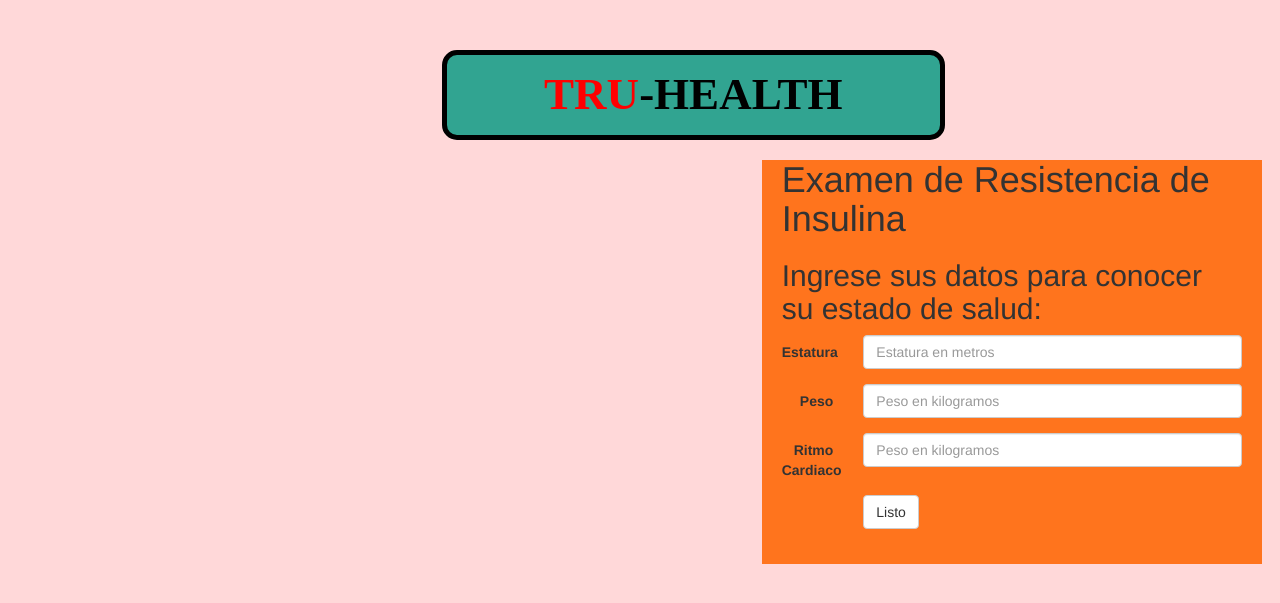
Repository: GabrielAvilesR/GabrielAvilesR.github.io
Page: Tru-Health/Tru-Health/index.html
These files come from the project's save history. The page is drawn as it stood at one moment and after the next save; the edit follows.
The browser window is 1280 px wide. The pictures show the whole page.
Some web fonts or font styles are not loaded; a fallback is used. Some web libraries are served in a nearby version.

Above is the page before, as saved 2014-04-05 20:39:54.

### Tru-Health/Tru-Health/index.html
<!DOCTYPE html>
<html lang="en">
  <head>
    <meta charset="utf-8">
    <meta http-equiv="X-UA-Compatible" content="IE=edge">
    <meta name="viewport" content="width=device-width, initial-scale=1">
    <title>Tru-Health</title>

    <!-- Bootstrap -->
    <link href="css/bootstrap.min.css" rel="stylesheet">
	<link href="css/micss.css" rel="stylesheet">
	<link href='http://fonts.googleapis.com/css?family=Sonsie+One' rel='stylesheet' type='text/css'>
    <!-- HTML5 Shim and Respond.js IE8 support of HTML5 elements and media queries -->
    <!-- WARNING: Respond.js doesn't work if you view the page via file:// -->
    <!--[if lt IE 9]>
      <script src="https://oss.maxcdn.com/libs/html5shiv/3.7.0/html5shiv.js"></script>
      <script src="https://oss.maxcdn.com/libs/respond.js/1.4.2/respond.min.js"></script>
    <![endif]-->
  </head>
  <body>
    <div class="container-fluid">
    	<div class="row">
    		<div class="col-md-5 col-md-offset-4">
    		<h1 id="Head"><span id="tru">TRU</span>-HEALTH</h1>
    		</div>
    	</div>
    	<div class="row">
    		<div class="col-md-7">

    		</div>
    		<div class ="col-md-5">
    			<div id="mediform">
    				<h1 id="tituloform">Examen de Resistencia de Insulina</h1>
    				<h2 id="subtituloform">Ingrese sus datos para conocer su estado de salud:</h2>
<form class="form-horizontal" role="form">
  <div class="form-group">
    <label for="Height" class="col-sm-2 control-label">Estatura</label>
    <div class="col-sm-10">
      <input type="number" class="form-control" id="Height" placeholder="Estatura en metros">
    </div>
  </div>
  <div class="form-group">
    <label for="Weight" class="col-sm-2 control-label">Peso</label>
    <div class="col-sm-10">
      <input type="number" class="form-control" id="Weight" placeholder="Peso en kilogramos">
    </div>
  </div>
   <div class="form-group">
    <label for="RitmoCardiaco" class="col-sm-2 control-label">Ritmo Cardiaco</label>
    <div class="col-sm-10">
      <input type="number" class="form-control" id="Weight" placeholder="Peso en kilogramos">
    </div>
  </div>
  <div class="form-group">
    <div class="col-sm-offset-2 col-sm-10">
      <button type="submit" class="btn btn-default">Listo</button>
    </div>
  </div>
</form>
    			</div>
    		</div>
    	</div>
    </div>

    <!-- jQuery (necessary for Bootstrap's JavaScript plugins) -->
    <script src="https://ajax.googleapis.com/ajax/libs/jquery/1.11.0/jquery.min.js"></script>
    <!-- Include all compiled plugins (below), or include individual files as needed -->
    <script src="js/bootstrap.min.js"></script>
  </body>
</html>

### Tru-Health/Tru-Health/css/micss.css

body{
	background-color:#FFD8D9;
}
#mediform{
	background-color: #FF741D;
	width: 500px;
	padding: 20px;
	padding-top: 0px;
}
#Head{
	position:relative;
	top:50px;
	margin: 0px auto;
	margin-bottom:50px;
	border: 5px black solid;
	border-radius:15px;
	padding:15px;
	text-align: center;
	background-color: #31A491;
	font-family: 'Sonsie One', cursive;
	font-weight:bolder;
	color:black;
	font-size:45px;
}
#tru{
	color: red;
}
#tituloform{

}
#subtituloform{

}

Loaded but not shown: Tru-Health/Tru-Health/css/bootstrap.min.css (library); Tru-Health/Tru-Health/js/bootstrap.min.js (library)

After the next save:
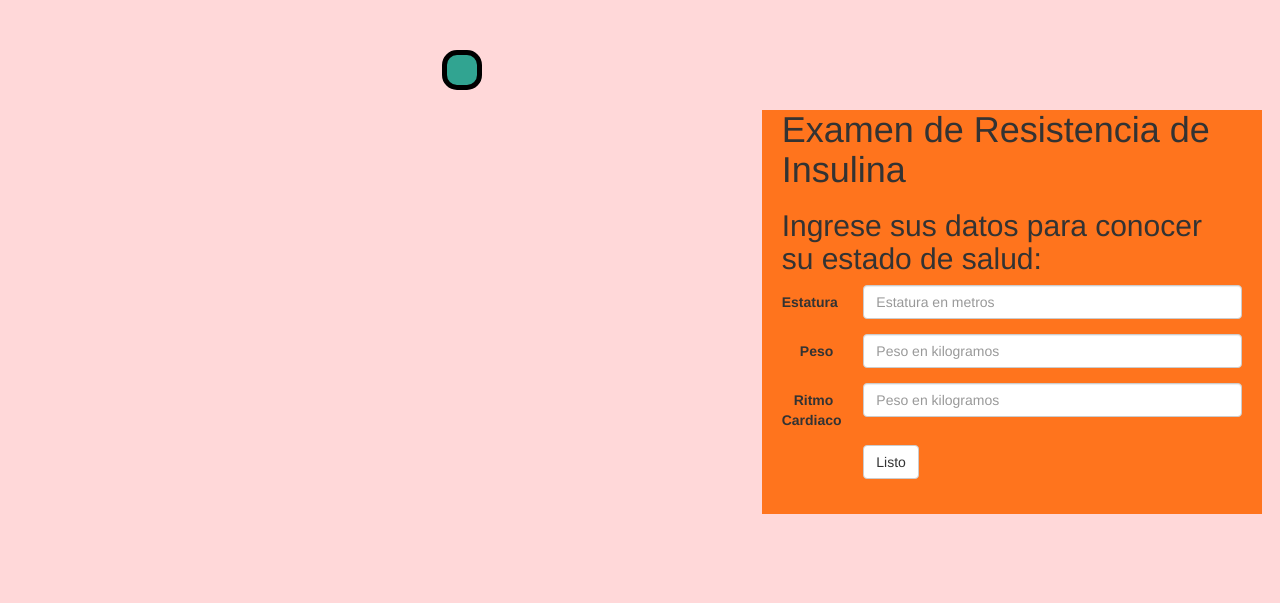
Saved 41 s later.
--- a/Tru-Health/Tru-Health/index.html
+++ b/Tru-Health/Tru-Health/index.html
@@ -21,7 +21,7 @@
     <div class="container-fluid">
     	<div class="row">
     		<div class="col-md-5 col-md-offset-4">
-    		<h1 id="Head"><span id="tru">TRU</span>-HEALTH</h1>
+    		<img id="Head" img/logo-inicio.png">
     		</div>
     	</div>
     	<div class="row">
